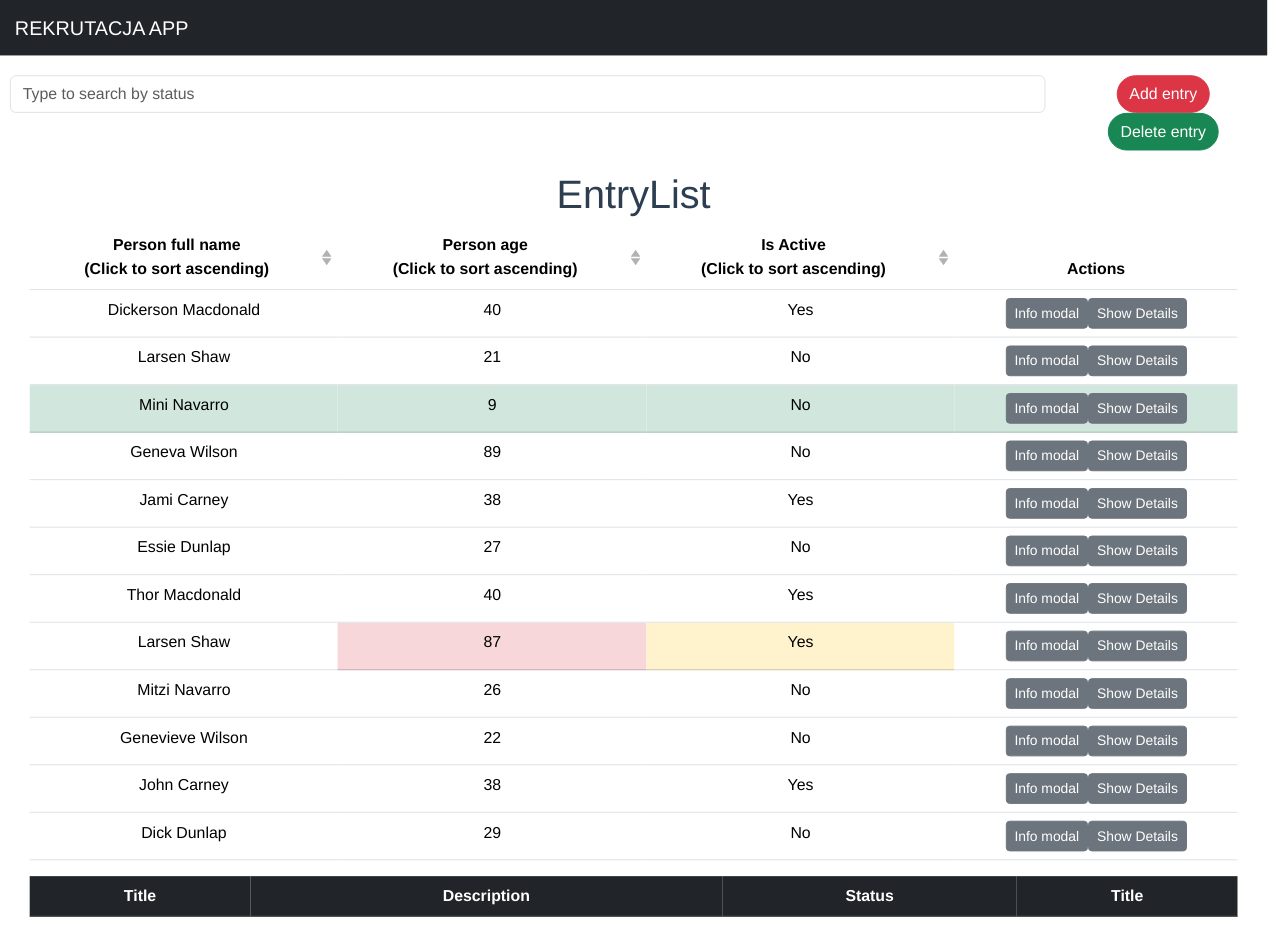
Repository: Madaless/vue_elastic
Page: / (app in vuejsapp/crudapp/)
These files come from the project's save history. The page is drawn as it stood at one moment and after the next save; the edit follows.
The browser window is 1280 px wide. The page is 1292 px wide, so the pictures cover 1292 px, including what lies to the right of the window. The pictures show the whole page, at 99% of full size.
The page's requests for data from a server got no answer. The project was rebuilt for these pictures with package versions that can differ from the ones it lists, and the page was loaded fresh each time. No one was signed in, and anything a server would have sent is missing.

Above is the page before, as saved 2021-09-12 15:56:55.

After the next save:
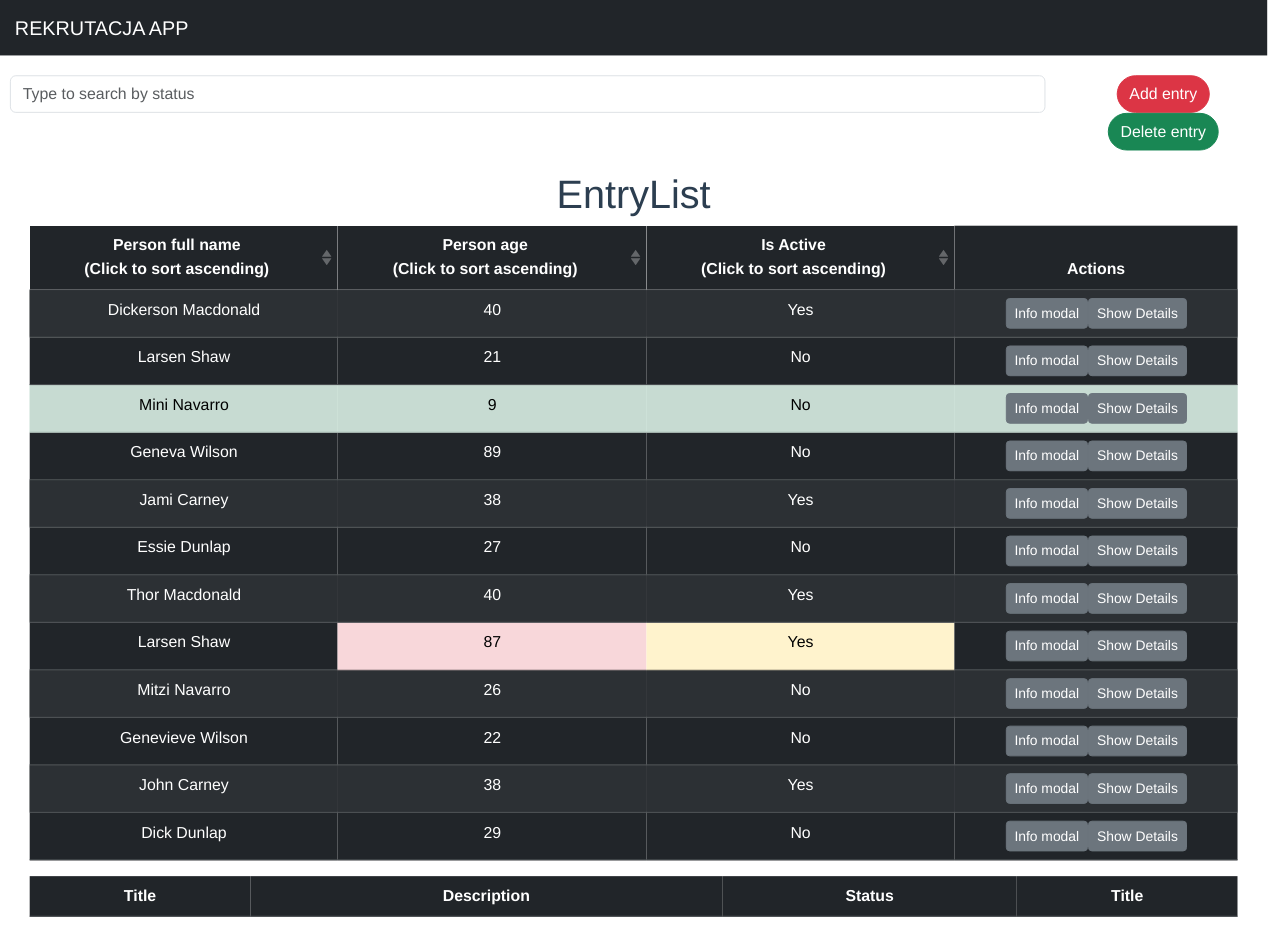
Saved 10 min 32 s later.
--- a/vuejsapp/crudapp/src/components/EntryList.vue
+++ b/vuejsapp/crudapp/src/components/EntryList.vue
@@ -3,7 +3,7 @@
     <h1>EntryList</h1>
 
     <div class="todos">
-      <b-table :items="items" :fields="fields">
+      <b-table class="table table-striped table-dark" :items="items" :fields="fields">
         <template #cell(name)="row">
           {{ row.value.first }} {{ row.value.last }}
         </template>

After the save that followed:
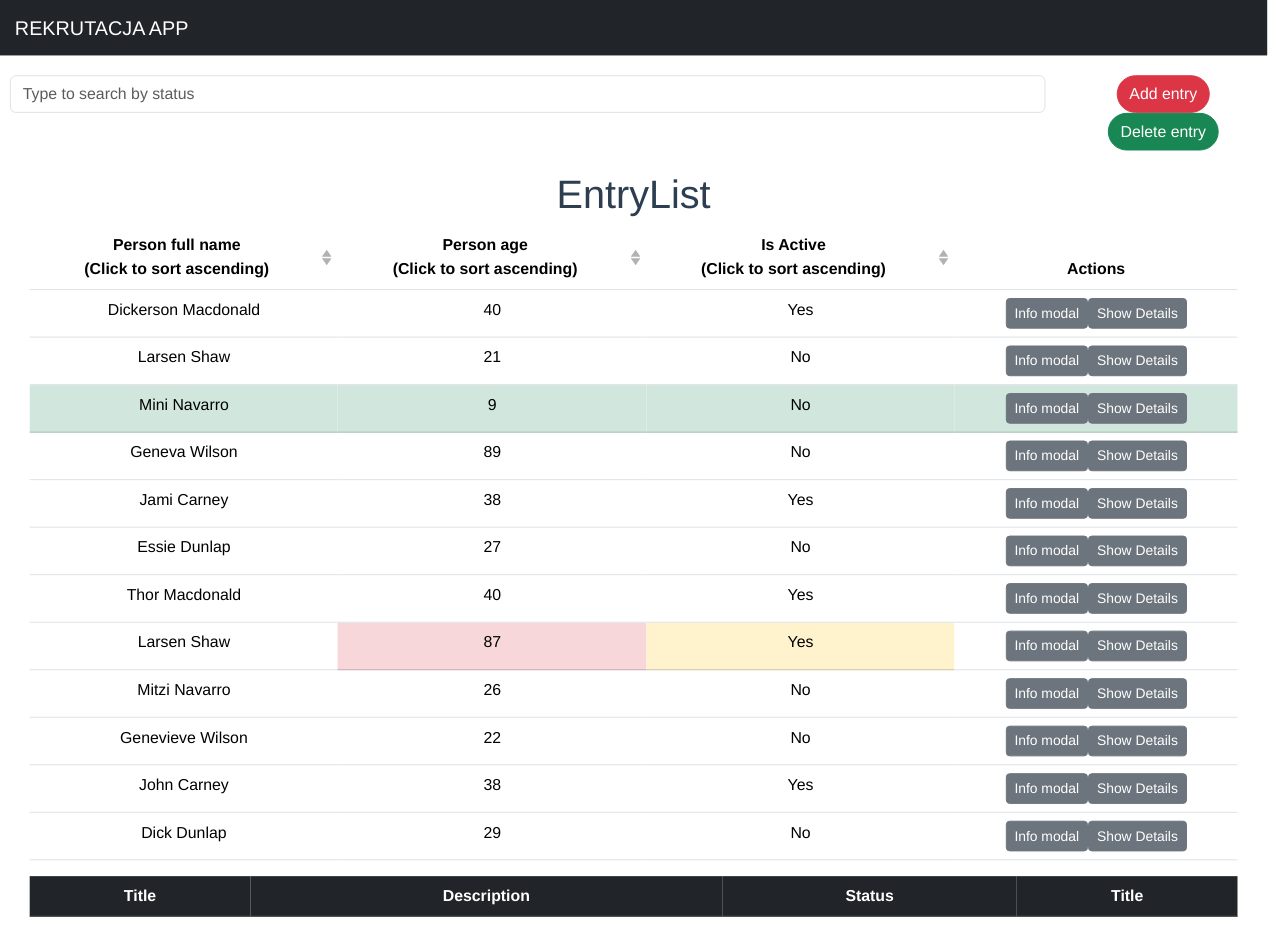
Saved 83 s later.
--- a/vuejsapp/crudapp/src/components/EntryList.vue
+++ b/vuejsapp/crudapp/src/components/EntryList.vue
@@ -3,7 +3,7 @@
     <h1>EntryList</h1>
 
     <div class="todos">
-      <b-table class="table table-striped table-dark" :items="items" :fields="fields">
+      <b-table :items="items" :fields="fields">
         <template #cell(name)="row">
           {{ row.value.first }} {{ row.value.last }}
         </template>
